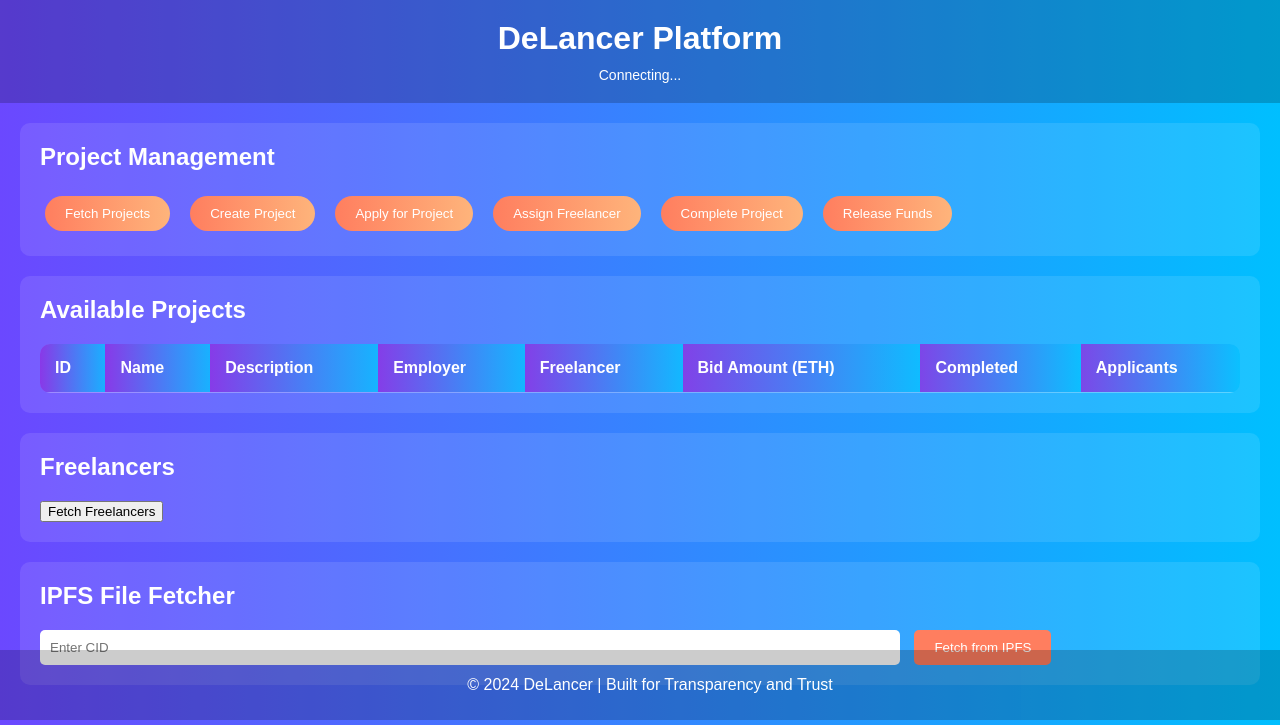
Repository: navjoth/DeLancer
Page: public/index.html
These files come from the project's save history. The page is drawn as it stood at one moment and after the next save; the edit follows.
The browser window is 1280 px wide. The pictures show the whole page.

Above is the page before, as saved 2025-03-19 23:48:27.

### public/index.html
<!DOCTYPE html>
<html lang="en">

<head>
    <meta charset="UTF-8">
    <meta name="viewport" content="width=device-width, initial-scale=1.0">
    <title>DeLancer</title>
    <script src="https://cdn.jsdelivr.net/npm/web3@1.6.1/dist/web3.min.js"></script>
    <link rel="stylesheet" href="style.css">
</head>

<body>
    <header>
        <h1>DeLancer Platform</h1>
        <div id="userAccount" class="status">Connecting...</div>
    </header>

    <main>
        <!-- Action Buttons Section -->
        <section class="action-section">
            <h2>Project Management</h2>
            <div class="button-group">
                <button id="fetchProjectsBtn">Fetch Projects</button>
                <button id="createProjectBtn">Create Project</button>
                <button id="applyProjectBtn">Apply for Project</button>
                <button id="assignFreelancerBtn">Assign Freelancer</button>
                <button id="completeProjectBtn">Complete Project</button>
                <button id="releaseFundsBtn">Release Funds</button>
            </div>
        </section>

        <!-- Display Sections -->
        <section class="display-section">
            <h2>Available Projects</h2>
            <table>
                <thead>
                    <tr>
                        <th>ID</th>
                        <th>Name</th>
                        <th>Description</th>
                        <th>Employer</th>
                        <th>Freelancer</th>
                        <th>Bid Amount (ETH)</th>
                        <th>Completed</th>
                        <th>Applicants</th>
                    </tr>
                </thead>
                <tbody id="projectTable"></tbody>
            </table>
        </section>

        <!-- Freelancer Section -->
        <section class="freelancer-section">
            <h2>Freelancers</h2>
            <button id="fetchFreelancersBtn">Fetch Freelancers</button>
            <div id="freelancerTable"></div>
        </section>

        <!-- IPFS Section -->
        <section class="ipfs-section">
            <h2>IPFS File Fetcher</h2>
            <input type="text" id="cidInput" placeholder="Enter CID" />
            <button id="fetchButton">Fetch from IPFS</button>
        </section>
    </main>

    <footer>
        <p>© 2024 DeLancer | Built for Transparency and Trust</p>
    </footer>

    <script src="js/app.js"></script>
</body>

</html>

### public/style.css
body {
    font-family: Arial, sans-serif;
    background: linear-gradient(to right, #6b48ff, #00bfff);
    color: #fff;
    margin: 0;
    padding: 0;
}

header {
    text-align: center;
    padding: 20px;
    background: rgba(0, 0, 0, 0.2);
}

header h1 {
    margin: 0;
}

.status {
    font-size: 14px;
    margin-top: 10px;
}

main {
    padding: 20px;
}

section {
    background: rgba(255, 255, 255, 0.1);
    border-radius: 10px;
    padding: 20px;
    margin-bottom: 20px;
}

h2 {
    margin-top: 0;
}

.button-group {
    display: flex;
    gap: 10px;
    flex-wrap: wrap;
}

.button-group button {
    background: linear-gradient(90deg, #ff7e5f, #feb47b);
    color: #fff;
    border: none;
    padding: 10px 20px;
    margin: 5px;
    border-radius: 25px;
    cursor: pointer;
    transition: transform 0.2s ease, background 0.3s ease;
}

.button-group button:hover {
    transform: scale(1.05);
    background: linear-gradient(90deg, #feb47b, #ff7e5f);
}

table {
    width: 100%;
    border-collapse: collapse;
    margin-top: 20px;
    background: rgba(255, 255, 255, 0.1);
    border-radius: 10px;
    overflow: hidden;
}

th, td {
    padding: 15px;
    text-align: left;
    border-bottom: 1px solid rgba(255, 255, 255, 0.2);
    color: #fff;
}

th {
    background: linear-gradient(90deg, rgba(138, 43, 226, 0.8), rgba(0, 191, 255, 0.8));
    font-weight: bold;
}

td {
    background: rgba(255, 255, 255, 0.05);
}

#freelancerTable div {
    background: rgba(255, 255, 255, 0.1);
    padding: 15px;
    margin: 10px 0;
    border-radius: 10px;
    color: #fff;
}

#freelancerTable hr {
    border: 0;
    border-top: 1px solid rgba(255, 255, 255, 0.2);
}

.ipfs-section input {
    padding: 10px;
    width: 70%;
    border: none;
    border-radius: 5px;
    margin-right: 10px;
}

.ipfs-section button {
    padding: 10px 20px;
    border: none;
    border-radius: 5px;
    background: #ff7e5f;
    color: #fff;
    cursor: pointer;
}

footer {
    text-align: center;
    padding: 10px;
    background: rgba(0, 0, 0, 0.2);
    position: fixed;
    bottom: 0;
    width: 100%;
}

Loaded but not shown: public/js/app.js (805 lines, source omitted)

After the next save:
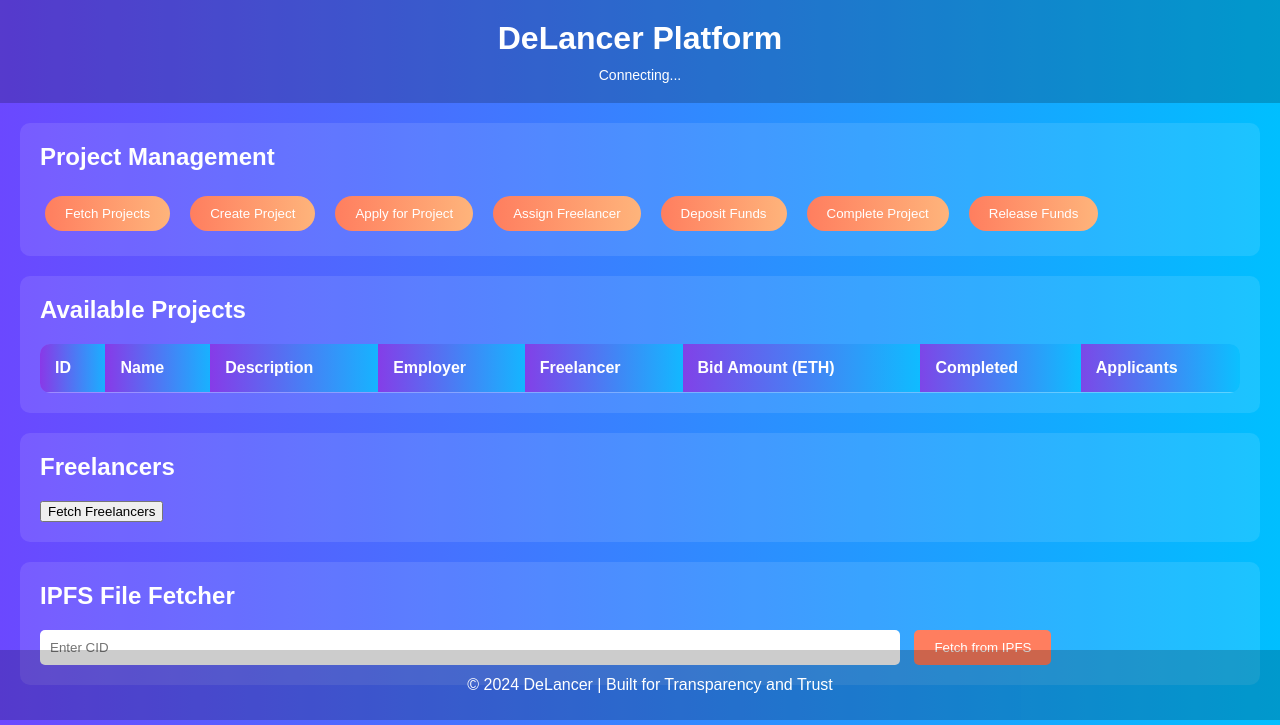
Saved 6 s later.
--- a/public/index.html
+++ b/public/index.html
@@ -24,6 +24,7 @@
                 <button id="createProjectBtn">Create Project</button>
                 <button id="applyProjectBtn">Apply for Project</button>
                 <button id="assignFreelancerBtn">Assign Freelancer</button>
+                <button id="depositFundsBtn">Deposit Funds</button>
                 <button id="completeProjectBtn">Complete Project</button>
                 <button id="releaseFundsBtn">Release Funds</button>
             </div>
